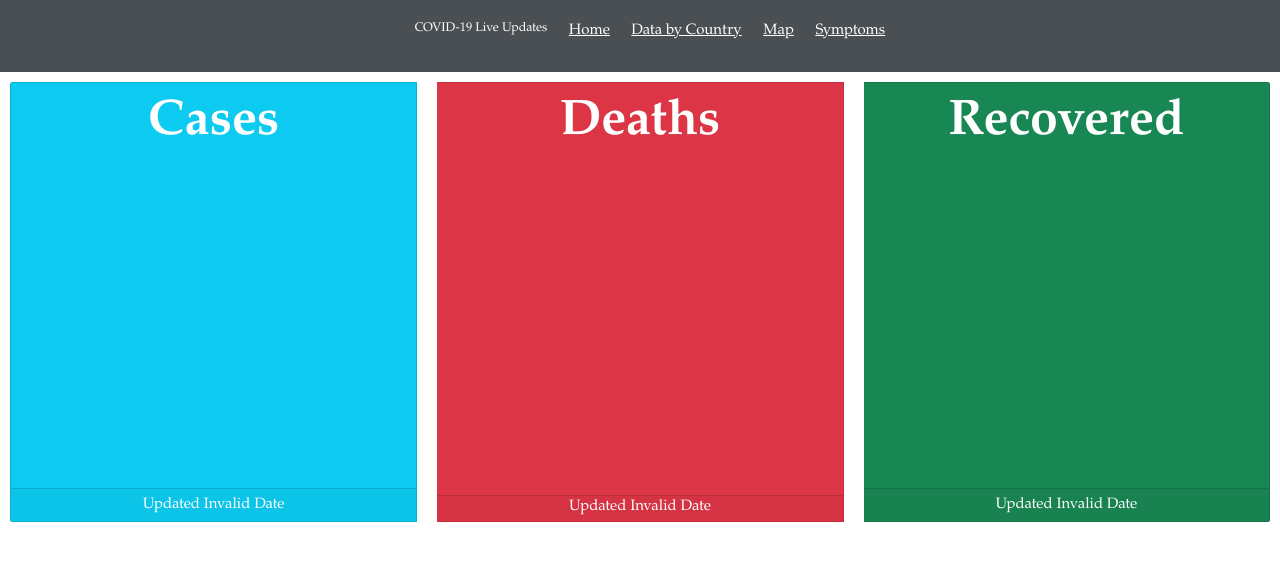
Repository: ranadubauskas/COVID-19Tracker
Page: /
The author's editor kept a copy of each file at every save. The page is drawn from the files as they stood at one save, then again after the next save.
The browser window is 1280 px wide. The pictures show the whole page.
The page's requests for data from a server got no answer. The project was rebuilt for these pictures with package versions that can differ from the ones it lists, and the page was loaded fresh each time. No one was signed in, and anything a server would have sent is missing. Also part of the build but not shown: src/Pages/About.css, src/Pages/About.js, src/Pages/Countries.css, src/Pages/Countries.js, src/Pages/Map.js.

Above is the page before, as saved 2022-03-31 21:13:15.

### public/index.html
<!DOCTYPE html>
<html lang="en">
  <head>
    <meta charset="utf-8" />
    <link rel="icon" href="%PUBLIC_URL%/favicon.ico" />
    <meta name="viewport" content="width=device-width, initial-scale=1" />
    <link rel="stylesheet" href="https://maxcdn.bootstrapcdn.com/bootstrap/3.4.1/css/bootstrap.min.css">
  <script src="https://ajax.googleapis.com/ajax/libs/jquery/3.6.0/jquery.min.js"></script>
  <script src="https://maxcdn.bootstrapcdn.com/bootstrap/3.4.1/js/bootstrap.min.js"></script>
    <meta name="theme-color" content="#000000" />
    <meta
      name="description"
      content="Web site created using create-react-app"
    />
    <link rel="apple-touch-icon" href="%PUBLIC_URL%/logo192.png" />
    <!--
      manifest.json provides metadata used when your web app is installed on a
      user's mobile device or desktop. See https://developers.google.com/web/fundamentals/web-app-manifest/
    -->
    <link rel="manifest" href="%PUBLIC_URL%/manifest.json" />
    <!--
      Notice the use of %PUBLIC_URL% in the tags above.
      It will be replaced with the URL of the `public` folder during the build.
      Only files inside the `public` folder can be referenced from the HTML.
      Unlike "/favicon.ico" or "favicon.ico", "%PUBLIC_URL%/favicon.ico" will
      work correctly both with client-side routing and a non-root public URL.
      Learn how to configure a non-root public URL by running `npm run build`.
    -->
    <title>React App</title>
  </head>
  <body>
    <noscript>You need to enable JavaScript to run this app.</noscript>
    <div id="root"></div>
    <!--
      This HTML file is a template.
      If you open it directly in the browser, you will see an empty page.
      You can add webfonts, meta tags, or analytics to this file.
      The build step will place the bundled scripts into the <body> tag.
      To begin the development, run `npm start` or `yarn start`.
      To create a production bundle, use `npm run build` or `yarn build`.
    -->

  </body>


</html>

### src/App.js
import React from "react";
import "./App.css";
import Home from './Pages/Home';
import About from './Pages/About';
import Countries from './Pages/Countries';
import Map from  './Pages/Map';
import { BrowserRouter as Router, Routes, Route, Link } from "react-router-dom";



const App = () => {
  return (


    <Router>


      <nav className="nav">
     <ul className="nav-list">
     <h5 className="h5"> COVID-19 Live Updates </h5>
          <li><Link to="/" className="link">Home</Link></li>
          <li><Link to="/Countries" className="link"> Data by Country</Link></li>
          <li> <Link to="/Map" className="link">Map </Link> </li>
          <li> <Link to="/About" className="link"> Symptoms </Link></li>
        </ul>
        </nav>








      <Routes>
      <Route path='/' element={<Home/>} />
      <Route path='/Countries' element={<Countries/>} />
      <Route path='/About' element={<About/>} />
      <Route path='/Map' element={<Map/>} />
        </Routes>
    </Router>
  )
}

export default App

### src/App.css
.App {
  font-family: Garamond, serif;
  text-align: center;
}
.all{
  font-family: Garamond, serif;
}
h1{
  text-align: center;
  font-family: Garamond, serif;
}
.countries{
  display: grid;
  grid-template-columns: 370px 370px 370px;
  column-gap: 10px;
  line-height: 50%;
  margin: auto;
}
.form input{
  padding: 15px;
  font-size: 25px;
  color: black;
}


nav{

  justify-content: space-around;
  align-items: center;
  min-height: 10vh;
  background: rgb(73, 79, 82);
  color: white;
  font-family: Garamond, serif;
  font-size: 15px;
  text-decoration: none !important;
}

.link {
  color: #FFF;
}

.nav-list{
  width: 40%;
  display: flex;
  justify-content: space-around;
  align-items: center;
  list-style: none;
  color: white;
}

Card{
  width: 150%;
  height: 150%;
}

### src/Pages/Home.js
import React, { useEffect, useState } from "react";
import 'bootstrap/dist/css/bootstrap.min.css';
import Card from 'react-bootstrap/Card';
import CardGroup from 'react-bootstrap/CardGroup';
import axios from 'axios';
import Form from 'react-bootstrap/Form';





function Home() {
  const [latest, setLatest]=useState([]);
  const [result, setResult]=useState([]);
  const date = new Date(parseInt(latest.updated));
  const lastUpdated=date.toString();



  useEffect(() => {
    axios
    .all([
    axios.get('https://disease.sh/v3/covid-19/all')
    ])
    .then(responseArr => {
      setLatest(responseArr[0].data);
      setResult(responseArr[1].data);
    })
    .catch(err => {
      console.log(err);
    });
  }, []);



  return (

    <div className="all">

  <CardGroup>
  <Card bg="info" text="white" className="text-center" style={{margin: "10px", width: "44rem", height: "44rem"}}>
    <Card.Body>
      <Card.Title style={{fontSize:"50px", fontWeight:"bold"}}>Cases</Card.Title>
      <Card.Text>
        {latest.cases}
      </Card.Text>
    </Card.Body>
    <Card.Footer>
      <small style={{fontSize:"15px"}}>Updated {lastUpdated}</small>
    </Card.Footer>
  </Card>
  <Card bg="danger" text="white" className="text-center" style={{margin: "10px", width: "44rem", height: "44rem"}}>
    <Card.Body>
      <Card.Title style={{fontSize:"50px", fontWeight:"bold"}}>Deaths</Card.Title>
      <Card.Text>
        {latest.deaths}
      </Card.Text>
    </Card.Body>
    <Card.Footer>
      <small style={{fontSize:"15px", lineHeight:"5px"}}> Updated {lastUpdated}</small>
    </Card.Footer>
  </Card>
  <Card bg="success" text="white" className="text-center" style={{margin: "10px", width: "44rem", height: "44rem"}}>
    <Card.Body>
      <Card.Title style={{fontSize:"50px", fontWeight:"bold"}}>Recovered</Card.Title>
      <Card.Text>
        {latest.recovered}
      </Card.Text>
    </Card.Body>
    <Card.Footer>
      <small style={{fontSize:"15px"}}>Updated {lastUpdated}</small>
    </Card.Footer>
  </Card>
</CardGroup>


   </div>
  );
};

export default Home;

Loaded but not shown: src/index.js (common file)

After the next save:
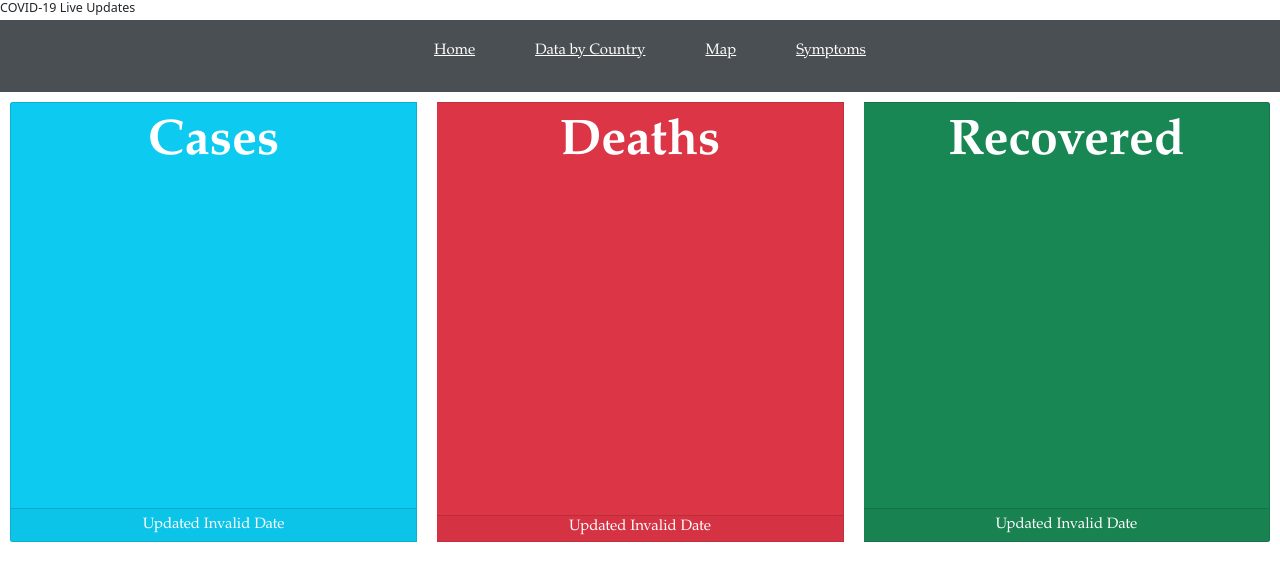
Saved 20 s later.
--- a/src/App.js
+++ b/src/App.js
@@ -14,10 +14,9 @@
 
     <Router>
 
-
+     <h5 className="h5"> COVID-19 Live Updates </h5>
       <nav className="nav">
      <ul className="nav-list">
-     <h5 className="h5"> COVID-19 Live Updates </h5>
           <li><Link to="/" className="link">Home</Link></li>
           <li><Link to="/Countries" className="link"> Data by Country</Link></li>
           <li> <Link to="/Map" className="link">Map </Link> </li>

After the save that followed:
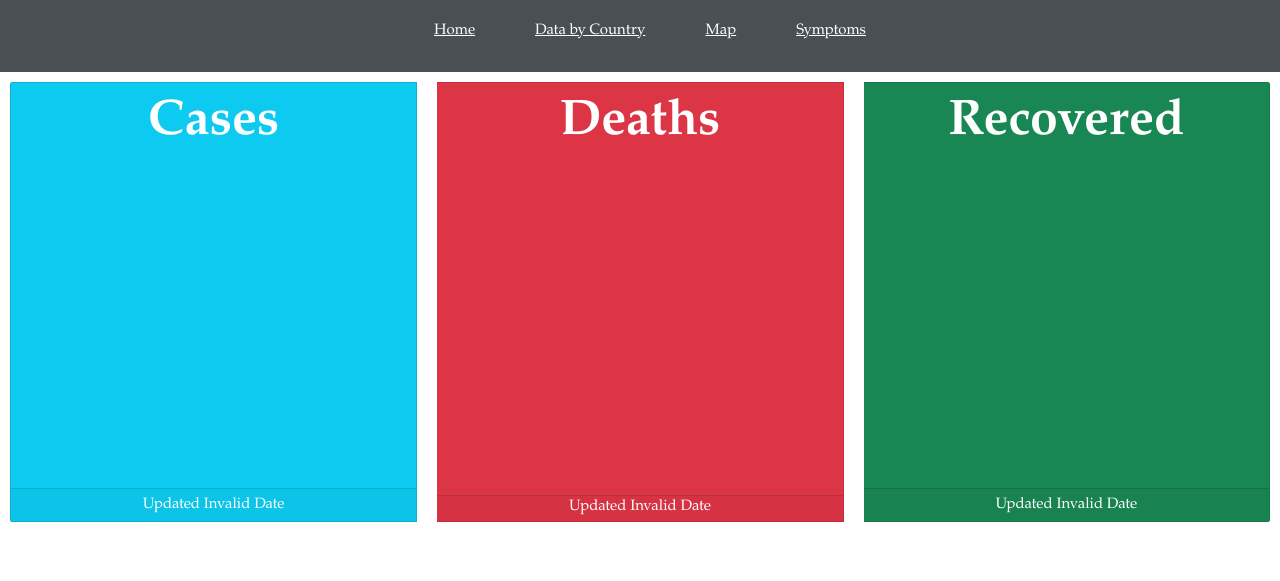
Saved 15 s later.
--- a/src/App.js
+++ b/src/App.js
@@ -14,7 +14,6 @@
 
     <Router>
 
-     <h5 className="h5"> COVID-19 Live Updates </h5>
       <nav className="nav">
      <ul className="nav-list">
           <li><Link to="/" className="link">Home</Link></li>
